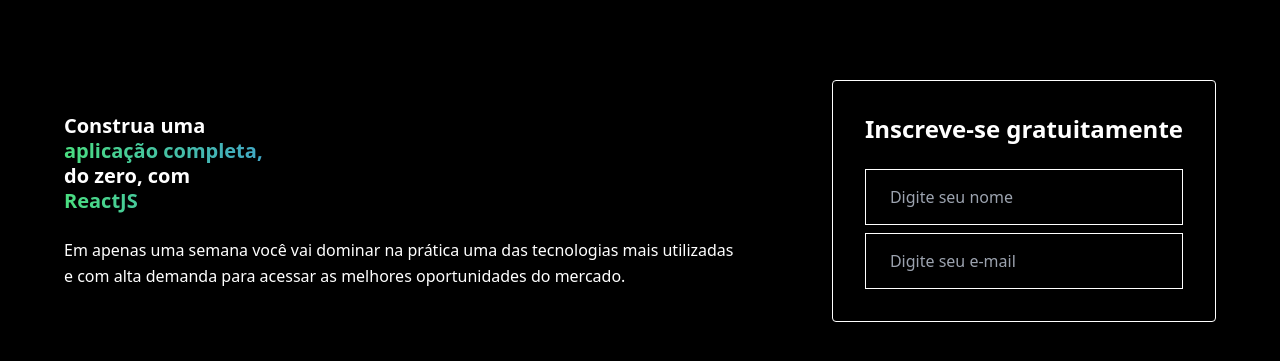
Repository: LuisSempre/Ignite-Lab---ReactJs-2022
Page: /
An editor plug-in stored every save of this project. The page is shown before and after the next save, followed by the edit.
The browser window is 1280 px wide. The pictures show the whole page.
The project was rebuilt for these pictures with package versions that can differ from the ones it lists, and the page was loaded fresh each time. Also part of the build but not shown: vite.config.ts, components/Header.tsx, components/Lesson.tsx, components/Sidebar.tsx, pages/Event.tsx. Imported but missing from the stored project, and not drawn on this page: components/Video.

Above is the page before, as saved 2022-06-24 23:54:07.

### index.html
<!DOCTYPE html>
<html lang="en">
  <head>
    <meta charset="UTF-8" />
    <link rel="icon" type="image/svg+xml" href="/src/icon.png" />
    <meta name="viewport" content="width=device-width, initial-scale=1.0" />
    <title>Vite App</title>
  </head>
  <body>
    <div id="root"></div>
    <script type="module" src="/src/main.tsx"></script>
  </body>
</html>

### src/main.tsx
import React from 'react'
import ReactDOM from 'react-dom/client'
import App from './App'
import './index.css'

ReactDOM.createRoot(document.getElementById('root')!).render(
  <React.StrictMode>
      <App />
  </React.StrictMode>
)

### src/App.tsx
import { ApolloProvider, gql, useQuery } from "@apollo/client"
import { Router } from "../Router"
import { client } from '../lib/apollo'
import { BrowserRouter } from "react-router-dom"

function App() {
  return (
    <ApolloProvider client={client}>
      <BrowserRouter>
        <Router />
      </BrowserRouter>
    </ApolloProvider>
  )
}

export default App

### Router.tsx
import { Route, Routes } from "react-router-dom";
import { Event } from './pages/Event'
import { Subscribe } from './pages/Subscribe'
export function Router() {
    return(
      <Routes>
           <Route path="/" element={<Subscribe />}/>
           <Route path="/event" element={<Event />}/>
           <Route path="/event/lesson/:slug" element={<Event />}/>
      </Routes>
    )
}

### lib/apollo.ts
import { ApolloClient, InMemoryCache } from "@apollo/client";

export const client = new ApolloClient({
  uri: 'https://api-sa-east-1.graphcms.com/v2/cl4n4k5w68h3x01yra00r5rzf/master',
  cache: new InMemoryCache(),
})

### pages/Subscribe.tsx
export function Subscribe() {

    return (
        <div className='flex flex-col items-center min-h-screen'>
            <div className="flex items-center justify-between w-full max-w-6xl mx-auto mt-20">
                <div className="max-w-2xl">
                    <h1 className="mb-6 text-xl font-extrabold leading-tight">
                        Construa uma&nbsp;
                         <span className="block w-full text-transparent bg-clip-text bg-gradient-to-r from-green-400 via-blue-500 to-purple-500">
                            aplicação completa,&nbsp;
                        </span>
                        do zero, com&nbsp;
                         <span className="block w-full text-transparent bg-clip-text bg-gradient-to-r from-green-400 via-blue-500 to-purple-500">
                             ReactJS
                        </span>
                    </h1>
                    <p className="leading-relaxed">
                        Em apenas uma semana você vai dominar na prática uma das tecnologias mais utilizadas e com alta demanda para acessar as melhores oportunidades do mercado.
                    </p>
                </div>
                <div className="p-8 border border-white rounded">
                    <strong className="block mb-6 text-2xl">Inscreve-se gratuitamente</strong>
                    <form action="" className="flex flex-col w-full gap-2">
                        <input className="px-6 bg-black border border-white h-14" type="text" placeholder="Digite seu nome"/>
                        <input className="px-6 bg-black border border-white h-14" type="text" placeholder="Digite seu e-mail"/>
                    </form>
                </div>
            </div>
        </div>
    )
}

Loaded but not shown: src/index.css (common file); tailwind.config.js (common file)

After the next save:
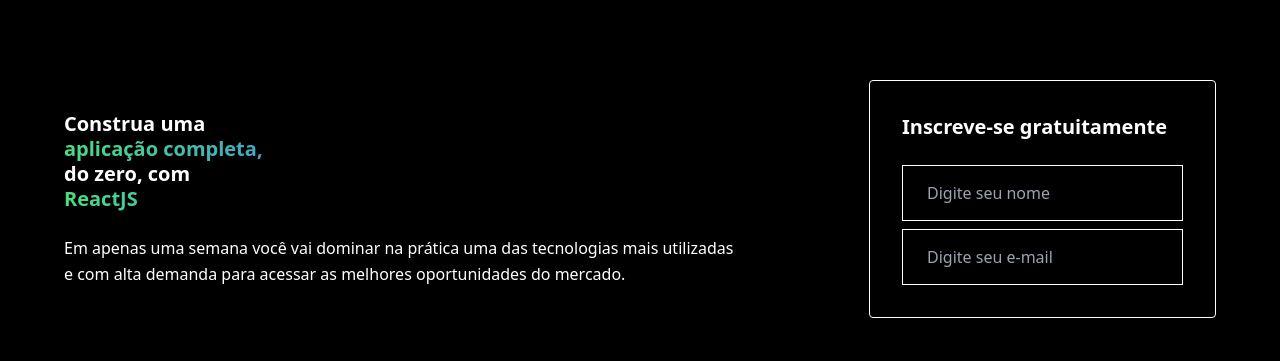
Saved 8 s later.
--- a/pages/Subscribe.tsx
+++ b/pages/Subscribe.tsx
@@ -19,7 +19,7 @@
                     </p>
                 </div>
                 <div className="p-8 border border-white rounded">
-                    <strong className="block mb-6 text-2xl">Inscreve-se gratuitamente</strong>
+                    <strong className="block mb-6 text-xl">Inscreve-se gratuitamente</strong>
                     <form action="" className="flex flex-col w-full gap-2">
                         <input className="px-6 bg-black border border-white h-14" type="text" placeholder="Digite seu nome"/>
                         <input className="px-6 bg-black border border-white h-14" type="text" placeholder="Digite seu e-mail"/>
